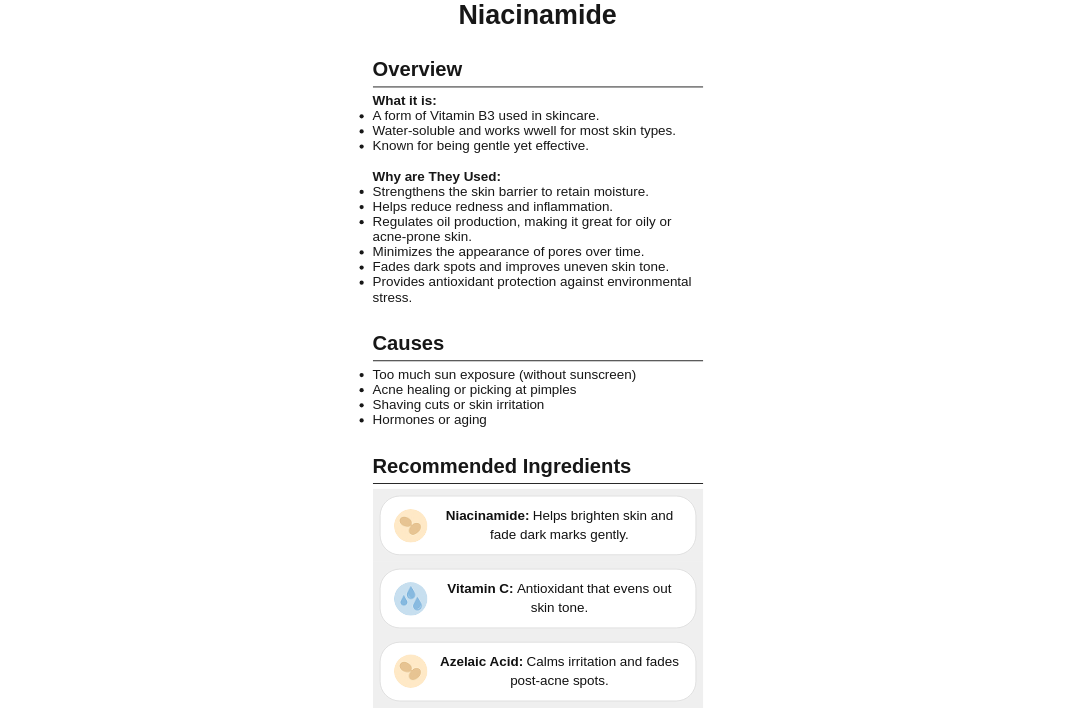
Repository: Esteb4ncd/DermaKnight_WebApp
Page: / (app in dermaknight/)
These files come from the project's save history. The page is drawn as it stood at one moment and after a run of saves; the edit follows.
The browser window is 1280 px wide. The pictures show the whole page, at 84% of full size.
The project was rebuilt for these pictures with package versions that can differ from the ones it lists, and the page was loaded fresh each time. The framework's server and built-in components were replaced by stand-ins that run in the browser. Also part of the build but not shown: dermaknight/next.config.mjs, dermaknight/app/page.module.css.

Above is the page before, as saved 2025-05-12 13:13:11.

After the next 4 saves:
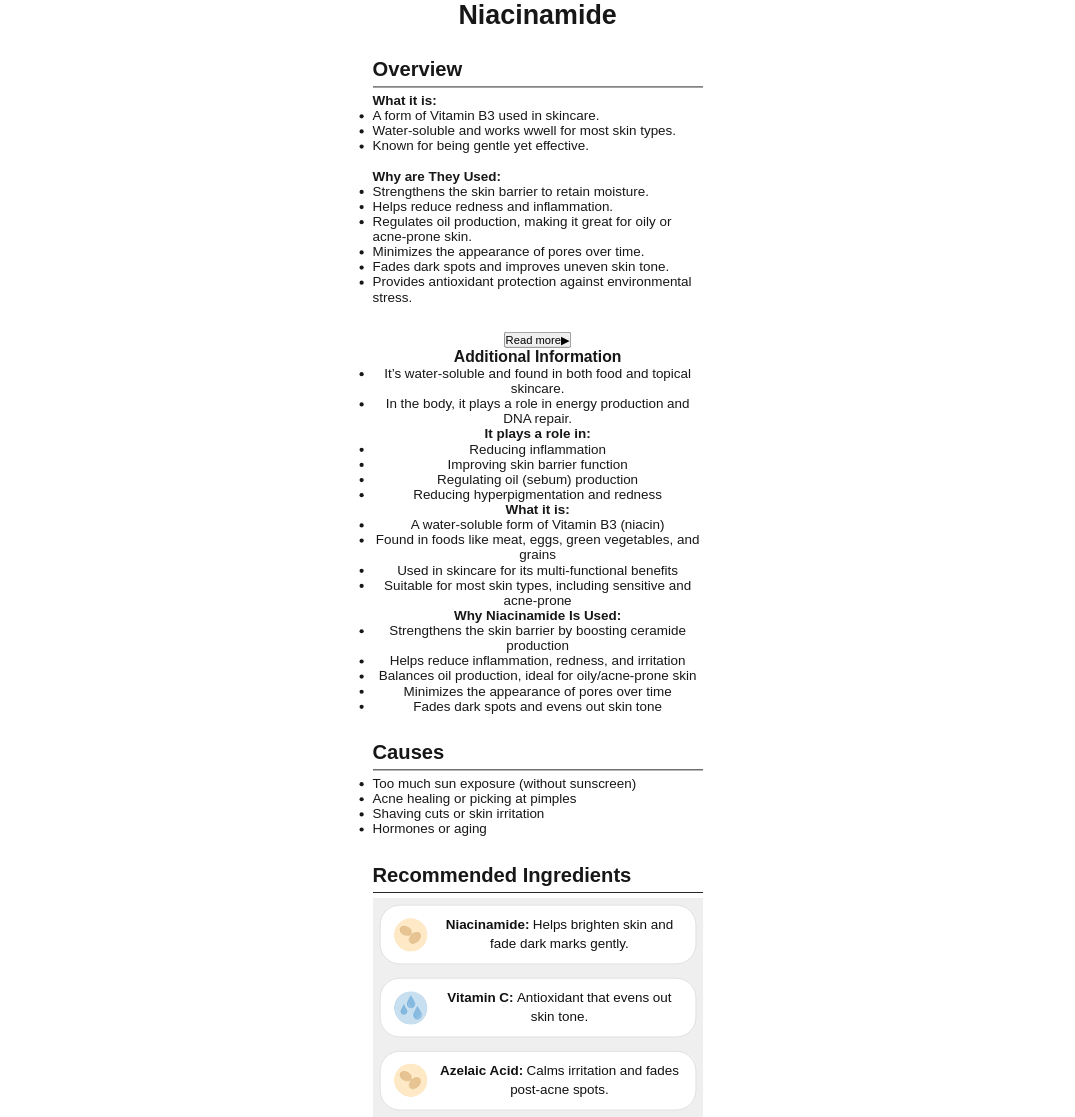
The 4 saves are shown as one change because 1 did not build or start and some came seconds apart.
The last was saved 90 s later.
--- a/dermaknight/app/page.js
+++ b/dermaknight/app/page.js
@@ -95,6 +95,47 @@ export default function Home() {
         </section>
 
         <section>
+          <div class="dropdown-container">
+  <button class="toggle-button" onclick="toggleDropdown()">
+    <span id="buttonText">Read more</span>
+    <span id="arrow">▶</span>
+  </button>
+
+  <div id="dropdownContent" class="hidden">
+    <h3>Additional Information</h3>
+    <ul>
+      <li>It’s water-soluble and found in both food and topical skincare.</li>
+      <li>In the body, it plays a role in energy production and DNA repair.</li>
+    </ul>
+
+    <strong>It plays a role in:</strong>
+    <ul>
+      <li>Reducing inflammation</li>
+      <li>Improving skin barrier function</li>
+      <li>Regulating oil (sebum) production</li>
+      <li>Reducing hyperpigmentation and redness</li>
+    </ul>
+
+    <strong>What it is:</strong>
+    <ul>
+      <li>A water-soluble form of Vitamin B3 (niacin)</li>
+      <li>Found in foods like meat, eggs, green vegetables, and grains</li>
+      <li>Used in skincare for its multi-functional benefits</li>
+      <li>Suitable for most skin types, including sensitive and acne-prone</li>
+    </ul>
+
+    <strong>Why Niacinamide Is Used:</strong>
+    <ul>
+      <li>Strengthens the skin barrier by boosting ceramide production</li>
+      <li>Helps reduce inflammation, redness, and irritation</li>
+      <li>Balances oil production, ideal for oily/acne-prone skin</li>
+      <li>Minimizes the appearance of pores over time</li>
+      <li>Fades dark spots and evens out skin tone</li>
+    </ul>
+  </div>
+</div>
+        </section>
+        <section>
         <h2 style={{ "text-align": "left" }}>Causes</h2>
         <hr style={{ border: "none", borderTop: "1px solid black", margin: "0.4rem 0" }} />
         <ul style={{ "text-align": "left"}}>
